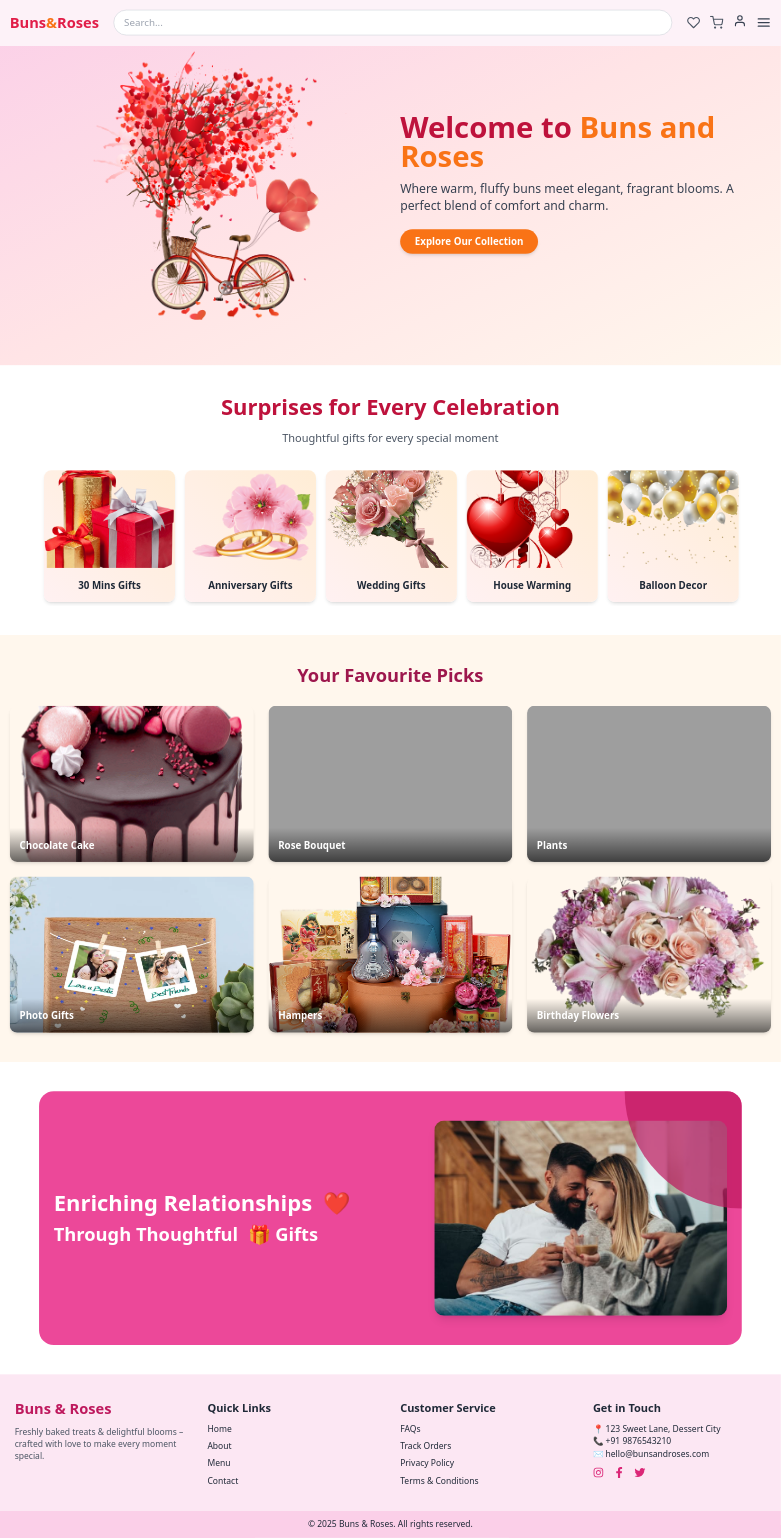
Repository: Purniagithub/buns-and-roses
Page: /
An editor plug-in stored every save of this project. The page is shown before and after the next save, followed by the edit.
The browser window is 1280 px wide. The pictures show the whole page, at 61% of full size.
Pictures or frames that could not be fetched are drawn as grey boxes. The project was rebuilt for these pictures with package versions that can differ from the ones it lists, and the page was loaded fresh each time. Also part of the build but not shown: vite.config.js, src/pages/About.jsx.

Above is the page before, as saved 2025-08-10 03:03:52.

### src/App.jsx
import React from 'react';
import { BrowserRouter as Router, Routes, Route } from 'react-router-dom';

import Home from './pages/Home';
import About from './pages/About';
import Navbar from './components/Navbar';
import Footer from './components/Footer'; // ✅ Import Footer

function App() {
  return (
    <Router>
      <div className="flex flex-col min-h-screen">
        {/* Navbar at the top */}
        <Navbar />

        {/* Main content area grows to push footer down */}
        <main className="flex-grow">
          <Routes>
            <Route path="/" element={<Home />} />
            <Route path="/about" element={<About />} />
          </Routes>
        </main>

        {/* Footer at the bottom */}
        <Footer />
      </div>
    </Router>
  );
}

export default App;

### src/pages/Home.jsx
import React from "react";
import Slider from "react-slick";
import { motion } from "framer-motion";
import "slick-carousel/slick/slick.css";
import "slick-carousel/slick/slick-theme.css";
import FavouritePicks from "../components/FavouritePicks";
import RelationshipSection from "../components/RelationshipSec tion";

const Home = () => {
  const celebrationItems = [
    { title: "Birthday Gifts", image: "/pngegg (6).png" },
    { title: "Send Rakhi Online", image: "/pngegg (3).png" },
    { title: "30 Mins Gifts", image: "/pngegg (4).png" },
    { title: "Anniversary Gifts", image: "/pngegg (7).png" },
    { title: "Wedding Gifts", image: "/pngegg.png" },
    { title: "House Warming", image: "/pngegg (9).png" },
    { title: "Balloon Decor", image: "/pngegg (2).png" },
  ];

  const sliderSettings = {
    dots: false,
    infinite: true,
    speed: 500,
    slidesToShow: 5,
    slidesToScroll: 1,
    autoplay: true,
    autoplaySpeed: 2500,
    responsive: [
      { breakpoint: 1024, settings: { slidesToShow: 3 } },
      { breakpoint: 768, settings: { slidesToShow: 2 } },
      { breakpoint: 480, settings: { slidesToShow: 1 } },
    ],
  };

  return (
    <>
      {/* Hero Section */}
      <div className="min-h-80 bg-gradient-to-br from-pink-200 via-rose-100 to-orange-50 flex items-center justify-center px-4 py-12">
        <div className="max-w-6xl w-full grid grid-cols-1 md:grid-cols-2 gap-8 items-center">
          {/* Left Side - Image */}
          <div className="flex justify-center">
            <img
              src="/pngegg (1).png"
              alt="Delicious buns and roses"
              className="w-full max-w-md h-auto rounded-3xl transform hover:scale-105 transition duration-500"
            />
          </div>

          {/* Right Side - Text Content */}
          <div className="text-center md:text-left">
            <h1 className="text-4xl md:text-5xl font-extrabold text-rose-700 leading-tight mb-4">
              Welcome to <span className="text-orange-500">Buns and Roses</span>
            </h1>
            <p className="text-lg md:text-xl text-gray-700 mb-6">
              Where warm, fluffy buns meet elegant, fragrant blooms. A perfect
              blend of comfort and charm.
            </p>
            <button className="bg-orange-500 hover:bg-orange-600 text-white font-semibold py-2 px-6 rounded-full shadow-md transition duration-300">
              Explore Our Collection
            </button>
          </div>
        </div>
      </div>

      {/* Celebration Section with Slider */}
      <section className="py-12 bg-white px-4">
        <div className="max-w-7xl mx-auto text-center mb-10">
          <h2 className="text-3xl md:text-4xl font-bold text-rose-700 mb-4">
            Surprises for Every Celebration
          </h2>
          <p className="text-gray-600 text-lg">
            Thoughtful gifts for every special moment
          </p>
        </div>

        <div className="max-w-6xl mx-auto">
          <Slider {...sliderSettings}>
            {celebrationItems.map((item, index) => (
              <div key={index} className="px-2">
                <motion.div
                  initial={{ opacity: 0, y: 20 }}
                  animate={{ opacity: 1, y: 0 }}
                  transition={{ duration: 0.6, delay: index * 0.1 }}
                  className="bg-gradient-to-tr from-rose-50 to-orange-100 rounded-xl shadow-md overflow-hidden hover:shadow-xl transition hover:scale-105"
                >
                  <img
                    src={item.image}
                    alt={item.title}
                    className="w-full h-40 object-cover"
                  />
                  <div className="p-4 text-center">
                    <h3 className="text-md font-semibold text-gray-800">
                      {item.title}
                    </h3>
                  </div>
                </motion.div>
              </div>
            ))}
          </Slider>
        </div>
      </section>
       {/* Other homepage sections */}
       <FavouritePicks />
       <RelationshipSection />

    </>
  );
};

export default Home;

### src/components/Navbar.jsx
import React, { useState, useEffect } from "react";
import { FiMenu, FiX, FiUser, FiHeart, FiShoppingCart } from "react-icons/fi";

const Navbar = () => {
  const [isMenuOpen, setIsMenuOpen] = useState(false);
  const [isDropdownOpen, setIsDropdownOpen] = useState(false);
  const [scrolled, setScrolled] = useState(false);

  useEffect(() => {
    const handleScroll = () => {
      setScrolled(window.scrollY > 50);
    };
    window.addEventListener("scroll", handleScroll);
    return () => window.removeEventListener("scroll", handleScroll);
  }, []);

  const navItems = [
    { label: "Home", href: "/" },
    { label: "Shop", href: "#" },
    { label: "Flowers", href: "#" },
    { label: "Bakery", href: "#" },
    { label: "About", href: "/about" },
    { label: "Contact", href: "#" },
  ];

  return (
    <nav
      className={`w-full fixed top-0 z-50 transition-all duration-300 ${
        scrolled ? "bg-white shadow-md py-2" : "bg-pink-50 py-4"
      }`}
    >
      <div className="max-w-7xl mx-auto px-4 flex justify-between items-center">
        {/* Logo */}
        <div className="text-2xl font-extrabold text-rose-600">
          Buns<span className="text-orange-500">&</span>Roses
        </div>

        {/* Search Bar - only on md+ */}
        <div className="hidden md:flex flex-1 mx-6">
          <input
            type="text"
            placeholder="Search..."
            className="w-full px-4 py-2 rounded-full border border-gray-300 focus:outline-none focus:ring-2 focus:ring-rose-400"
          />
        </div>

        {/* Right Icons */}
        <div className="flex items-center space-x-4">
          <button className="text-gray-600 hover:text-rose-500 transition">
            <FiHeart size={22} />
          </button>
          <button className="text-gray-600 hover:text-orange-500 transition">
            <FiShoppingCart size={22} />
          </button>

          {/* User Dropdown */}
          <div className="relative">
            <button
              onClick={() => setIsDropdownOpen(!isDropdownOpen)}
              className="text-gray-700 hover:text-rose-600 transition"
            >
              <FiUser size={22} />
            </button>
            {isDropdownOpen && (
              <div className="absolute right-0 mt-2 w-40 bg-white border rounded-md shadow-lg py-2 z-10">
                <button className="block w-full text-left px-4 py-2 text-sm hover:bg-rose-100 text-gray-700">
                  Login
                </button>
                <button className="block w-full text-left px-4 py-2 text-sm hover:bg-rose-100 text-gray-700">
                  Sign Up
                </button>
              </div>
            )}
          </div>

          {/* Toggle Button (always visible) */}
          <button
            className="text-gray-700 focus:outline-none"
            onClick={() => setIsMenuOpen(!isMenuOpen)}
          >
            {isMenuOpen ? <FiX size={24} /> : <FiMenu size={24} />}
          </button>
        </div>
      </div>

      {/* Toggle Dropdown Menu (all screen sizes) */}
      {isMenuOpen && (
        <div className="w-full bg-white shadow-md md:hidden px-4 pb-4">
          <ul className="flex flex-col space-y-2">
            {navItems.map((item, index) => (
              <li key={index}>
                <a
                  href={item.href}
                  className="block text-gray-700 text-base px-4 py-2 rounded hover:bg-rose-100 transition"
                >
                  {item.label}
                </a>
              </li>
            ))}
          </ul>
        </div>
      )}

      {/* Desktop Menu as dropdown (same links, visible only if menu is toggled) */}
      {isMenuOpen && (
        <div className="hidden md:block bg-white shadow-md px-4 pb-4">
          <ul className="flex justify-center space-x-6">
            {navItems.map((item, index) => (
              <li key={index}>
                <a
                  href={item.href}
                  className="text-gray-700 hover:text-rose-600 font-medium transition"
                >
                  {item.label}
                </a>
              </li>
            ))}
          </ul>
        </div>
      )}
    </nav>
  );
};

export default Navbar;

### src/components/Footer.jsx
// src/components/Footer.jsx
import React from "react";
import { FaFacebookF, FaInstagram, FaTwitter } from "react-icons/fa";

const Footer = () => {
  return (
    <footer className="bg-pink-100 text-gray-800">
      <div className="max-w-7xl mx-auto px-6 py-10 grid grid-cols-1 md:grid-cols-4 gap-8">

        {/* Brand Info */}
        <div>
          <h2 className="text-2xl font-bold text-pink-700">Buns & Roses</h2>
          <p className="mt-3 text-sm text-gray-600">
            Freshly baked treats & delightful blooms – crafted with love to make every moment special.
          </p>
        </div>

        {/* Quick Links */}
        <div>
          <h3 className="text-lg font-semibold mb-3">Quick Links</h3>
          <ul className="space-y-2 text-sm">
            <li><a href="/" className="hover:text-pink-600">Home</a></li>
            <li><a href="/about" className="hover:text-pink-600">About</a></li>
            <li><a href="/menu" className="hover:text-pink-600">Menu</a></li>
            <li><a href="/contact" className="hover:text-pink-600">Contact</a></li>
          </ul>
        </div>

        {/* Customer Service */}
        <div>
          <h3 className="text-lg font-semibold mb-3">Customer Service</h3>
          <ul className="space-y-2 text-sm">
            <li><a href="/faq" className="hover:text-pink-600">FAQs</a></li>
            <li><a href="/orders" className="hover:text-pink-600">Track Orders</a></li>
            <li><a href="/privacy" className="hover:text-pink-600">Privacy Policy</a></li>
            <li><a href="/terms" className="hover:text-pink-600">Terms & Conditions</a></li>
          </ul>
        </div>

        {/* Contact & Social */}
        <div>
          <h3 className="text-lg font-semibold mb-3">Get in Touch</h3>
          <p className="text-sm">📍 123 Sweet Lane, Dessert City</p>
          <p className="text-sm">📞 +91 9876543210</p>
          <p className="text-sm">✉️ hello@bunsandroses.com</p>
          <div className="flex gap-4 mt-3 text-pink-600 text-lg">
            <a href="#"><FaInstagram /></a>
            <a href="#"><FaFacebookF /></a>
            <a href="#"><FaTwitter /></a>
          </div>
        </div>
      </div>

      {/* Copyright */}
      <div className="bg-pink-200 text-center py-3 text-sm">
        © {new Date().getFullYear()} Buns & Roses. All rights reserved.
      </div>
    </footer>
  );
};

export default Footer;

### src/components/FavouritePicks.jsx
// src/components/FavouritePicks.jsx
import React from "react";

const FavouritePicks = () => {
  const picks = [
    { id: 1, img: "/pngegg (10).png", title: "Chocolate Cake" },
    { id: 2, img: "/pngegg (11).png", title: "Rose Bouquet" },
    { id: 3, img: "/pngegg (12).png", title: "Plants" },
    { id: 4, img: "/pngegg 13.webp", title: "Photo Gifts" },
    { id: 5, img: "/pngegg (13).png", title: "Hampers" },
    { id: 6, img: "/pngegg (14).png", title: "Birthday Flowers" },
  ];

  return (
    <section className="py-12 mb-4 bg-orange-50">
      <div className="max-w-7xl mx-auto px-4">
        <h2 className="text-3xl font-bold text-center text-pink-800 mb-8">
          Your Favourite Picks
        </h2>

        {/* Evenly spaced grid instead of masonry */}
        <div className="grid grid-cols-1 sm:grid-cols-2 md:grid-cols-3 gap-6">
          {picks.map((item) => (
            <div
              key={item.id}
              className="relative overflow-hidden rounded-xl shadow-md hover:scale-[1.02] transition-transform duration-300"
            >
              <img
                src={item.img}
                alt={item.title}
                className="w-full h-64 object-cover"
              />
              <div className="absolute bottom-0 left-0 right-0 bg-gradient-to-t from-black/60 to-transparent p-4">
                <h3 className="text-white font-semibold">{item.title}</h3>
              </div>
            </div>
          ))}
        </div>
      </div>
    </section>
  );
};

export default FavouritePicks;

### src/components/RelationshipSec tion.jsx
// src/components/RelationshipSection.jsx
import React from "react";

const RelationshipSection = () => {
  return (
    <section className="relative bg-pink-500 rounded-3xl max-w-6xl mx-auto px-6 py-12 my-12 flex flex-col md:flex-row items-center overflow-hidden">
      {/* Left text */}
      <div className="md:w-1/2 text-white text-center md:text-left z-10">
        <h2 className="text-3xl md:text-4xl font-bold mb-3 leading-tight">
          Enriching Relationships <span className="inline-block ml-2">❤️</span>
        </h2>
        <h3 className="text-2xl md:text-3xl font-semibold">
          Through Thoughtful <span className="inline-block ml-2">🎁</span> Gifts
        </h3>
      </div>

      {/* Right image */}
      <div className="md:w-1/2 mt-8 md:mt-0 flex justify-center md:justify-end">
        <img
          src="/image 15.jpg"
          alt="Couple celebrating with flowers and wine"
          className="rounded-2xl max-h-64 md:max-h-80 object-cover shadow-lg"
        />
      </div>

      {/* Optional overlay shape (like your banner's pink shape) */}
      <div className="pointer-events-none absolute top-0 right-0 w-48 h-48 bg-pink-700 rounded-bl-full opacity-70 hidden md:block"></div>
    </section>
  );
};

export default RelationshipSection;

Loaded but not shown: index.html (common file); src/main.jsx (common file); src/index.css (common file); tailwind.config.js (common file)

After the next save:
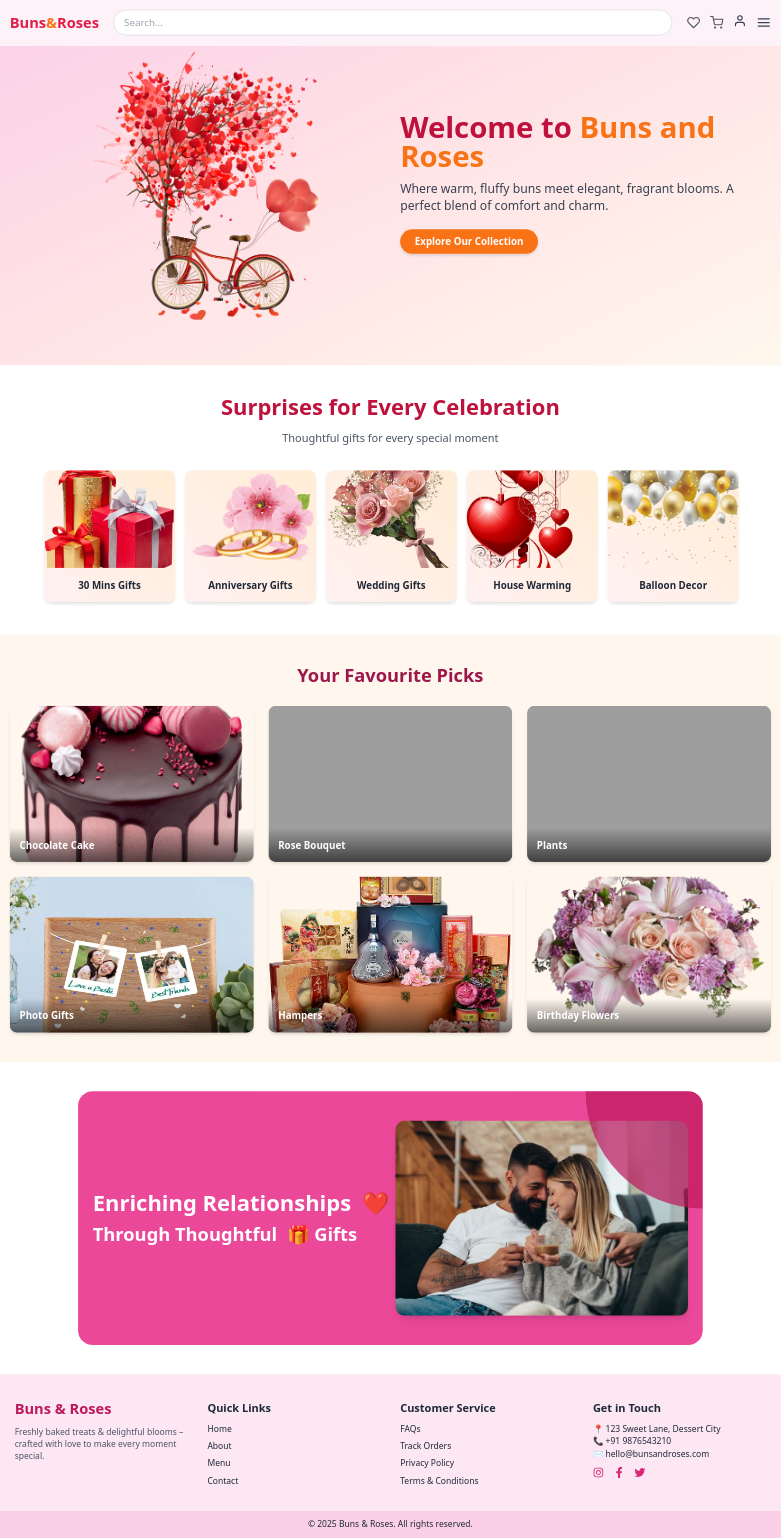
Saved 14 s later.
--- a/src/components/RelationshipSec tion.jsx
+++ b/src/components/RelationshipSec tion.jsx
@@ -3,7 +3,7 @@ import React from "react";
 
 const RelationshipSection = () => {
   return (
-    <section className="relative bg-pink-500 rounded-3xl max-w-6xl mx-auto px-6 py-12 my-12 flex flex-col md:flex-row items-center overflow-hidden">
+    <section className="relative bg-pink-500 rounded-3xl max-w-5xl mx-auto px-6 py-12 my-12 flex flex-col md:flex-row items-center overflow-hidden">
       {/* Left text */}
       <div className="md:w-1/2 text-white text-center md:text-left z-10">
         <h2 className="text-3xl md:text-4xl font-bold mb-3 leading-tight">
